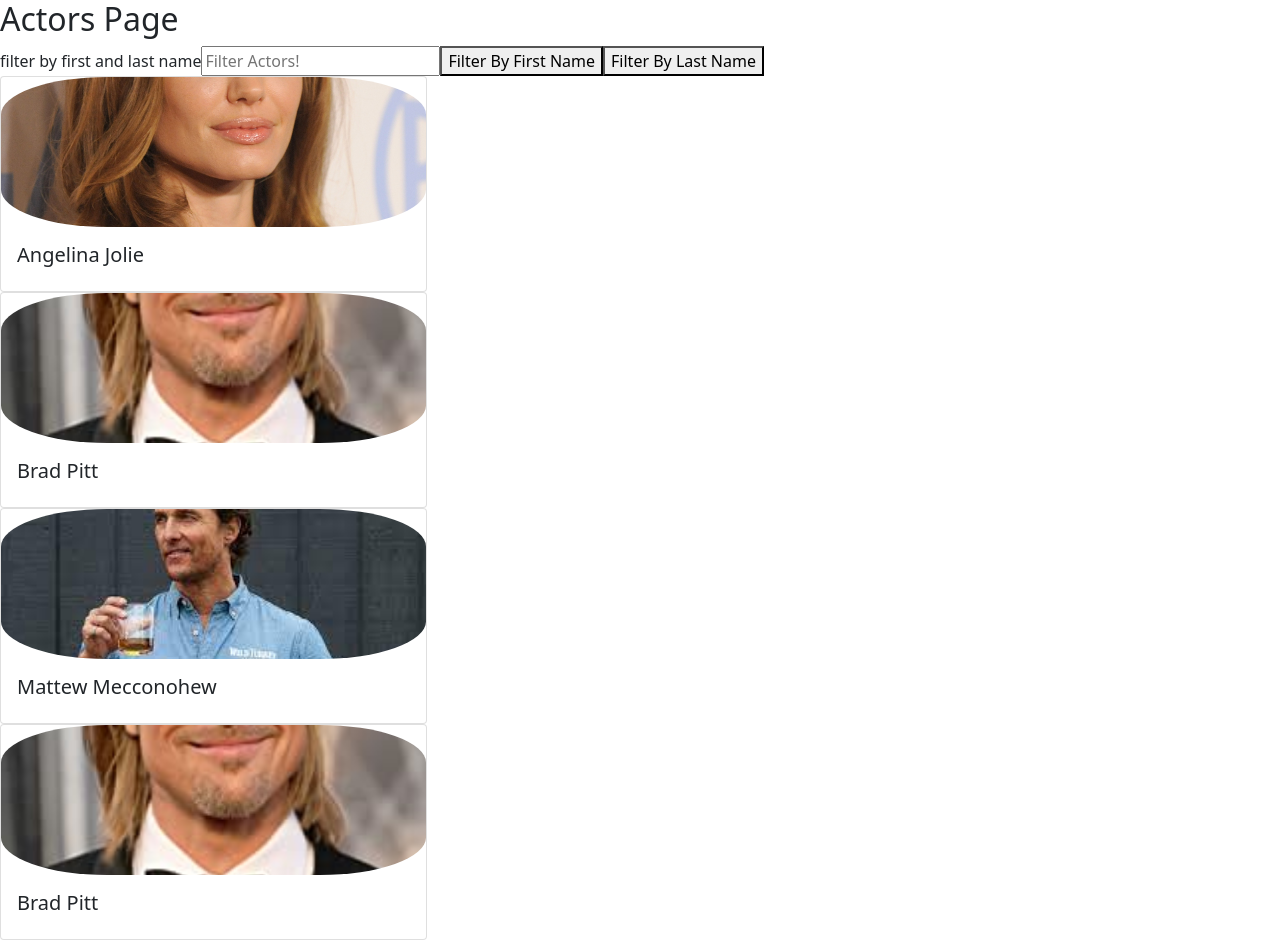
Repository: shuroo/FECourse-react-movieapp
Page: /
An editor plug-in stored every save of this project. The page is shown before and after the next save, followed by the edit.
The browser window is 1280 px wide. The pictures show the whole page.
The project was rebuilt for these pictures with package versions that can differ from the ones it lists, and the page was loaded fresh each time. Also part of the build but not shown: src/App.css.

Above is the page before, as saved 2021-07-24 16:47:48.

### src/App.js
import logo from './logo.svg';
import './App.css';
import React, { useState } from 'react';
import Actor from './pages/Actor';
import 'bootstrap/dist/css/bootstrap.min.css';
import ActorsPage from './pages/ActorsPage';

function App() {
    return <ActorsPage / >
};

export default App;

### src/pages/ActorsPage.jsx
import React, { useState } from 'react';
import ActorModel from '../model/ActorModel';
//import angelinaImg from "pages/angeline.jpg";
import CardComponent from "../components/CardComponent";

function ActorsPage() {

    // var arr = [ new ActorModel("Angelina", "Jolie", new Date("04/06/1975"), "../public/images/angeline", "https://www.imdb.com/name/nm0001401/"),
    // new ActorModel("Brad", "Pitt", new Date("04/06/1975"), "../public/images/brad_pitt", "https://www.imdb.com/name/nm0000093/"),
    // new ActorModel("Angelina", "Jolie", new Date("04/06/1975"), "../public/images/angeline", "https://www.imdb.com/name/nm0001401/"),
    // new ActorModel("Brad", "Pitt", new Date("04/06/1975"), "../public/images/brad_pitt", "https://www.imdb.com/name/nm0000093/"),
    // ]

    const [actors, setActors] = useState([ new ActorModel("Angelina", "Jolie", new Date("04/06/1975"), "./angeline.jpg", "https://www.imdb.com/name/nm0001401/"),
     new ActorModel("Brad", "Pitt", new Date("04/06/1975"), "./brad_pitt.jpg", "https://www.imdb.com/name/nm0000093/"),
     new ActorModel("Mattew", "Mecconohew", new Date("04/06/1975"), "./mattehew_mecc.jpeg","https://www.imdb.com/name/nm0000190/"),
     new ActorModel("Brad", "Pitt", new Date("04/06/1975"), "./brad_pitt.jpg", "https://www.imdb.com/name/nm0000093/"),
     ])

     let actorsHtml = actors.map(act=> <CardComponent key={act.firstName+"1"} actor={act}/>)

    // firstName, lastName, birthday, image, imdbLink

    const [filterText, setFilterText] = useState("")
    const [sortCriteria, setSortCriteria] = useState("")

    function filterByFirstName(e){
        alert();
        const criteria = e.target.value;
        setFilterText(criteria);
        const actorsFiltered = [...actors].filter(a=>a.firstName.startsWith(criteria));
        setActors(actorsFiltered,()=>(console.log(actorsFiltered)))
    }

    function filterByLastName(e){
        const criteria = e.target.value;
        setFilterText(criteria);
        actorsHtml = actors.map(act=> <CardComponent key={act.firstName+"1"} actor={act}/>)
       // setActors(actors.filter(a=>a.lastName.startsWith(criteria)));
    }

    function sortBy(e){
        const criteria = e.target.value;
    }

    return (
        <div>
            <h2>Actors Page</h2>
            <div><label>filter by first and last name</label>
            <input type="text"  placeholder="Filter Actors!"></input>
            <button onClick={(e)=>filterByFirstName(e)}>Filter By First Name</button>
            <button onClick={(e)=>filterByLastName(e)}>Filter By Last Name</button>
            <div className="gallery">{actorsHtml}</div>
            </div>

        </div>
    );
}

export default ActorsPage;

### src/model/ActorModel.jsx
class ActorModel{

    constructor(firstName, lastName, birthday, image, imdbLink){

        this.firstName = firstName;
        this.lastName = lastName;
        this.birthday = birthday;
        this.image = image;
        this.imdbLink = imdbLink;
        this.age = this.age.bind(this);
    }

    age(){
        var thisyear = new Date().getFullYear();
        var birthyear = this.birthday.getFullYear();
        return (thisyear - birthyear);
    }
}

export default ActorModel;

### src/components/CardComponent.jsx
import React from "react";
import './CardComponent.css';

function CardComponent({actor}) {

	return (

<div className=" card col col-md-4 col-lg-4 col-sm-4" onClick={(e)=>(window.open(actor.imdbLink, '_blank'))}>
  <img className="actorImg card-img-top" src={actor.image} alt={actor.firstName+" "+actor.lastName}/>
  <div className="card-body">
    <h5 className="card-title">{actor.firstName} {actor.lastName}</h5>
    <p className="card-text">{actor.age}
  </p></div>
  </div>
	)
}

export default CardComponent;

### src/components/CardComponent.css
.actorImg {
    border-radius: 25%;
    object-fit: cover;
    height: 150px;
}

.col {
    display: flex;
    flex-direction: column;
    justify-content: space-around;
}

Loaded but not shown: public/index.html (common file); src/index.js (common file); src/index.css (common file); src/reportWebVitals.js (common file); src/pages/Actor.jsx (no stored copy; drawn as an empty file)

After the next save:
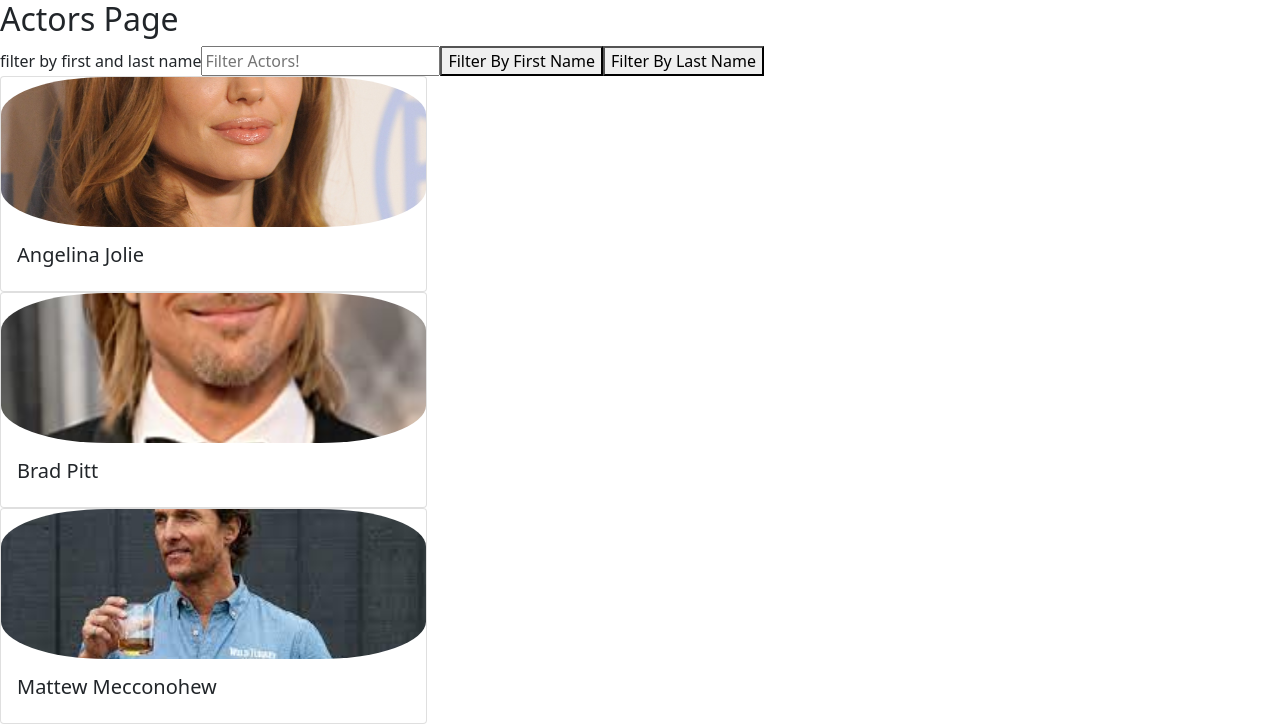
Saved 67 s later.
--- a/src/pages/ActorsPage.jsx
+++ b/src/pages/ActorsPage.jsx
@@ -13,8 +13,8 @@ function ActorsPage() {
 
     const [actors, setActors] = useState([ new ActorModel("Angelina", "Jolie", new Date("04/06/1975"), "./angeline.jpg", "https://www.imdb.com/name/nm0001401/"),
      new ActorModel("Brad", "Pitt", new Date("04/06/1975"), "./brad_pitt.jpg", "https://www.imdb.com/name/nm0000093/"),
-     new ActorModel("Mattew", "Mecconohew", new Date("04/06/1975"), "./mattehew_mecc.jpeg","https://www.imdb.com/name/nm0000190/"),
-     new ActorModel("Brad", "Pitt", new Date("04/06/1975"), "./brad_pitt.jpg", "https://www.imdb.com/name/nm0000093/"),
+     new ActorModel("Mattew", "Mecconohew", new Date("04/06/1975"), "./mattehew_mecc.jpeg","https://www.imdb.com/name/nm0000190/")//,
+     //new ActorModel("Brad", "Pitt", new Date("04/06/1975"), "./brad_pitt.jpg", "https://www.imdb.com/name/nm0000093/"),
      ])
 
      let actorsHtml = actors.map(act=> <CardComponent key={act.firstName+"1"} actor={act}/>)
